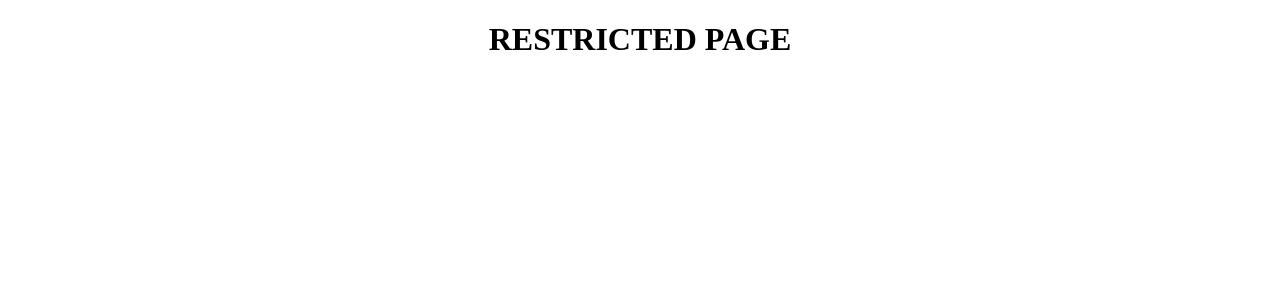
Repository: mdhadi89/dxc_javacodes
Page: http://localhost/hadiLoginApp/Restricted.jsp
The author's editor kept a copy of each file at every save. The page is drawn from the files as they stood at one save, then again after the next save.
The browser window is 1280 px wide. The pictures show the whole page.
The page is served by Tomcat 9. Other server files are loaded and not shown.

Above is the page before, as saved 2024-05-29 01:32:46.

### eclipse-workspace/hadiLoginApp/src/main/webapp/Restricted.jsp
<%@ page language="java" contentType="text/html; charset=ISO-8859-1"
    pageEncoding="ISO-8859-1"%>
<!DOCTYPE html>
<html>
<head>
<meta charset="ISO-8859-1">
<title>Restricted Page for Manager</title>
</head>
<body>
	<h1 color:red align="center">RESTRICTED PAGE</h1>
</body>
</html>

After the next save:
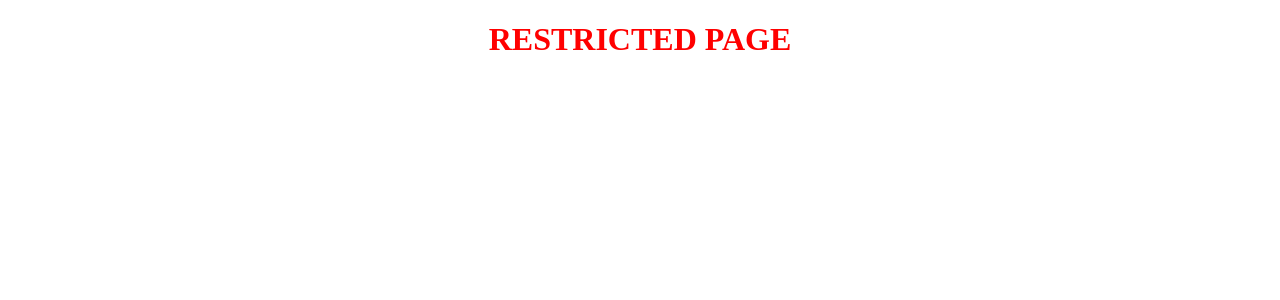
Saved 28 s later.
--- a/eclipse-workspace/hadiLoginApp/src/main/webapp/Restricted.jsp
+++ b/eclipse-workspace/hadiLoginApp/src/main/webapp/Restricted.jsp
@@ -7,6 +7,6 @@
 <title>Restricted Page for Manager</title>
 </head>
 <body>
-	<h1 color:red align="center">RESTRICTED PAGE</h1>
+	<h1 style="color:red" align="center">RESTRICTED PAGE</h1>
 </body>
 </html>
